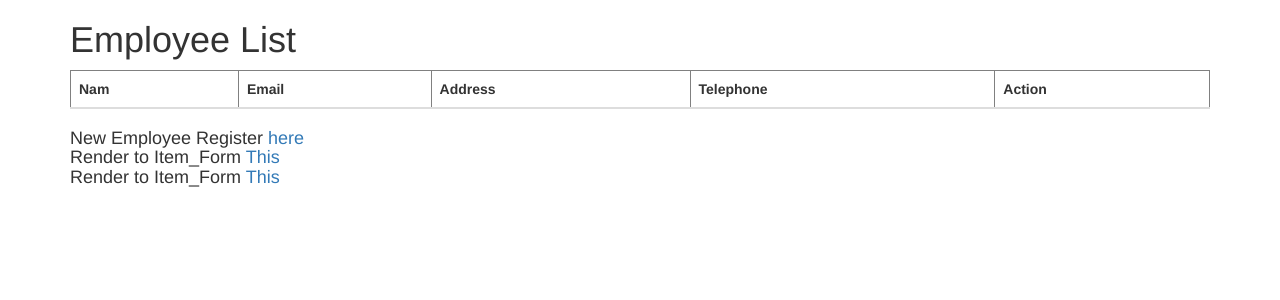
Repository: SACHINnANYAKKARA/2nd_Year_final_Project
Page: http://localhost/SpringMVCHibernateCRUD/WEB-INF/pages/home.jsp
These files come from the project's save history. The page is drawn as it stood at one moment and after the next save; the edit follows.
The browser window is 1280 px wide. The pictures show the whole page.
The page is served by Tomcat 9. Nobody is signed in. Other server files are loaded and not shown. The template is opened directly, without the code that normally fills it, so the values that code supplies are empty.

Above is the page before, as saved 2018-03-15 16:58:45.

### SpringMVCHibernateCRUD/src/main/webapp/WEB-INF/pages/home.jsp
<%@page contentType="text/html" pageEncoding="UTF-8"%>
<!DOCTYPE HTML PUBLIC "-//W3C//DTD HTML 4.01 Transitional//EN"
   "http://www.w3.org/TR/html4/loose.dtd">
<%@ taglib uri="http://java.sun.com/jsp/jstl/core" prefix="c" %>

<html>
<head>
<meta http-equiv="Content-Type" content="text/html; charset=UTF-8">
 <meta charset="utf-8">
  <meta name="viewport" content="width=device-width, initial-scale=1">
  <link rel="stylesheet" href="https://maxcdn.bootstrapcdn.com/bootstrap/3.3.7/css/bootstrap.min.css">
  <script src="https://ajax.googleapis.com/ajax/libs/jquery/3.3.1/jquery.min.js"></script>
  <script src="https://maxcdn.bootstrapcdn.com/bootstrap/3.3.7/js/bootstrap.min.js"></script>

<title>Employee Management Screen</title>
</head>
<body>
	<div class="container">
		<h1>Employee List</h1>

		<table class="table" border="1">

        <thead>
          <tr>
			<th>Nam</th>
			<th>Email</th>
			<th>Address</th>
			<th>Telephone</th>
			<th>Action</th>
           </tr>
          </thead>

           <tbody>
			<c:forEach var="employee" items="${listEmployee}">
				<tr>

					<td>${employee.name}</td>
					<td>${employee.email}</td>
					<td>${employee.address}</td>
					<td>${employee.telephone}</td>
					<td><a href="editEmployee?id=${employee.id}">Edit</a>
						&nbsp;&nbsp;&nbsp;&nbsp; <a
						href="deleteEmployee?id=${employee.id}">Delete</a></td>

				</tr>
			</c:forEach>
             </tbody>
		</table>
		<h4>
			New Employee Register <a href="newEmployee">here</a>
			</br>
			Render to Item_Form <a href="newItem">This </a>
			</br>
			Render to Item_Form <a href="RenderItem">This </a>


		</h4>
	</div>
</body>
</html>

After the next save:
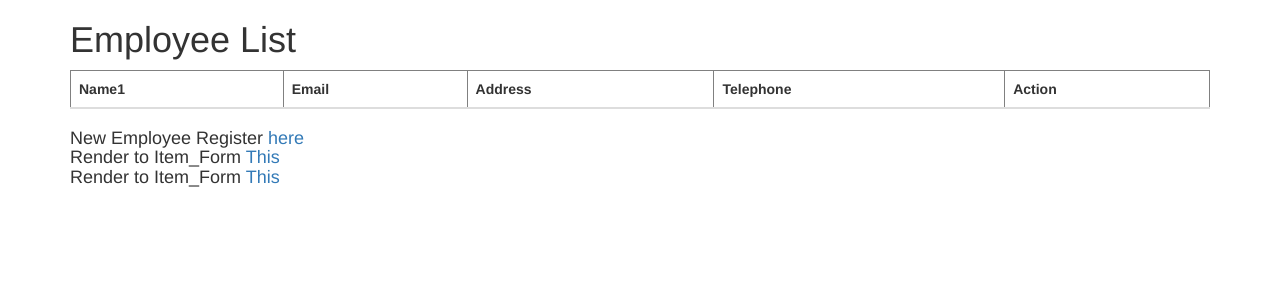
Saved 16 s later.
--- a/SpringMVCHibernateCRUD/src/main/webapp/WEB-INF/pages/home.jsp
+++ b/SpringMVCHibernateCRUD/src/main/webapp/WEB-INF/pages/home.jsp
@@ -22,7 +22,7 @@
 
         <thead>
           <tr>
-			<th>Nam</th>
+			<th>Name1</th>
 			<th>Email</th>
 			<th>Address</th>
 			<th>Telephone</th>
